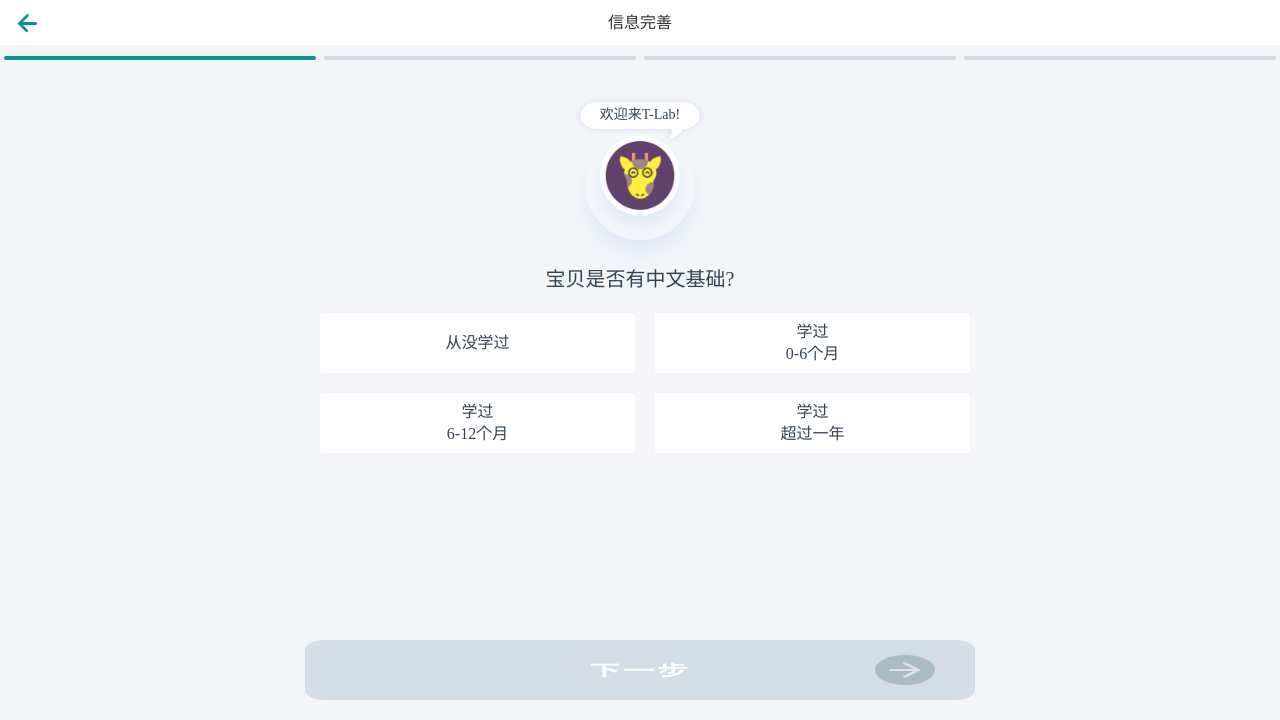
Repository: huangjf1/1
Page: /
An editor plug-in stored every save of this project. The page is shown before and after the next save, followed by the edit.
The browser window is 1280 px wide. The pictures show the whole page.
The project was rebuilt for these pictures with package versions that can differ from the ones it lists, and the page was loaded fresh each time. Also part of the build but not shown: vue.config.js.

Above is the page before, as saved 2021-08-24 12:27:21.

After the next save:
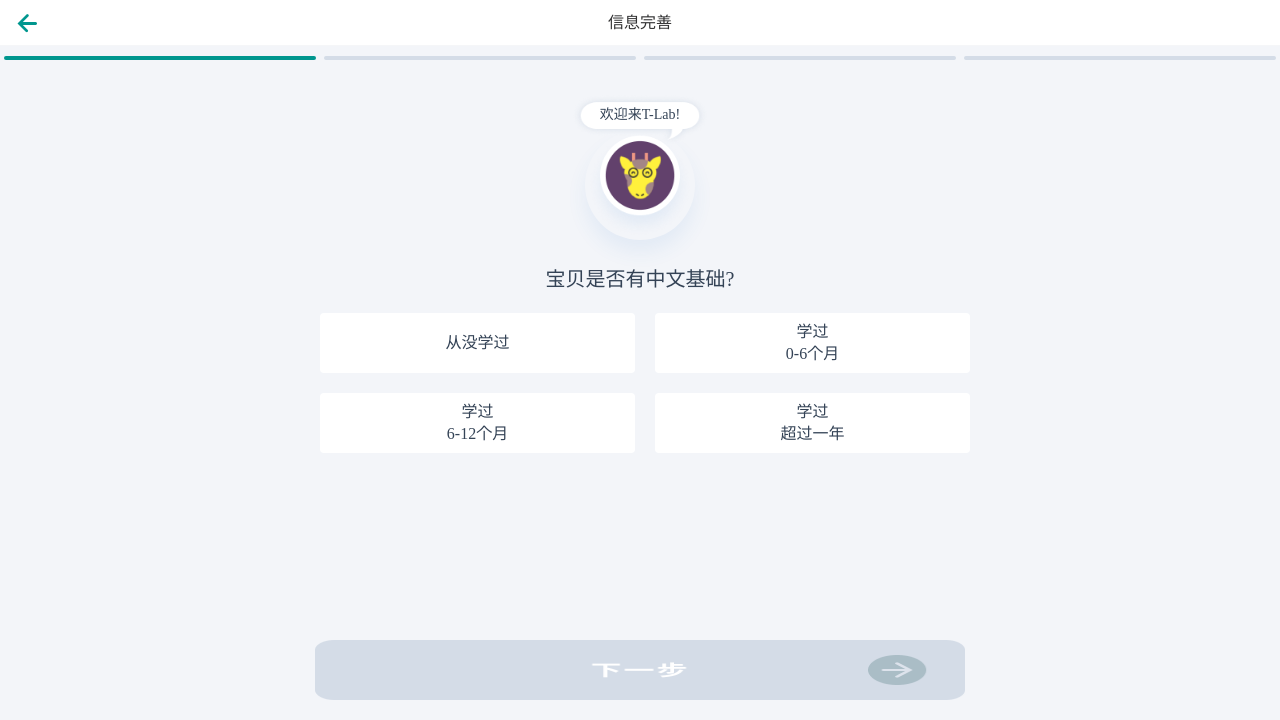
Saved 23 s later.
--- a/src/views/index.vue
+++ b/src/views/index.vue
@@ -454,7 +454,7 @@ export default {
       .btn-gray {
         width: 100%;
         min-width: 375px;
-        max-width: 670px;
+        max-width: 650px;
         height: 60px;
         background: url('../assets/image/button_gray.png') no-repeat;
         background-size: 100% 100%;
